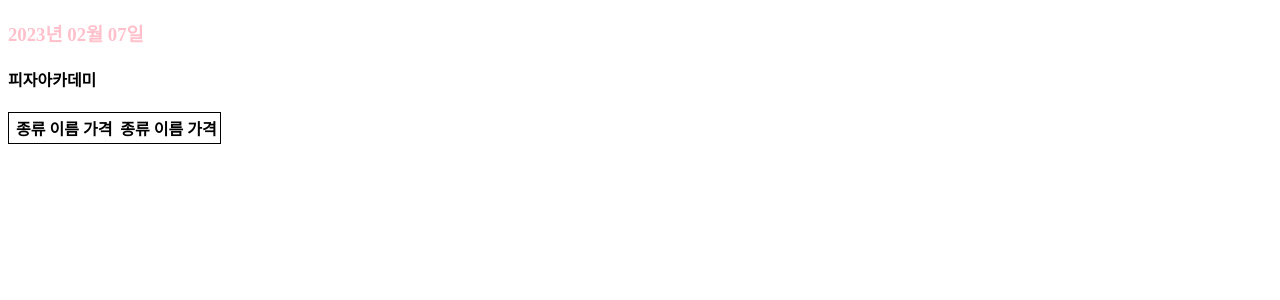
Repository: yejin0220/Web-workspace1
Page: http://localhost/2_JSP/views/04_PizzaOrderForm.jsp
The author's editor kept a copy of each file at every save. The page is drawn from the files as they stood at one save, then again after the next save.
The browser window is 1280 px wide. The pictures show the whole page.
The page is served by Tomcat 9.

Above is the page before, as saved 2023-02-09 00:46:03.

### 2_JSP/WebContent/views/04_PizzaOrderForm.jsp
<%@ page import="java.util.Date, java.text.SimpleDateFormat" %>
<%@ page language="java" contentType="text/html; charset=UTF-8"
    pageEncoding="UTF-8"%>
<!DOCTYPE html>
<html>
<head>
<meta charset="UTF-8">
<title>피자 주문 페이지</title>
<style>
	h3{color:pink;}
	table{border:1px solid black;}
</style>
</head>
<body>

	<%

		Date date = new Date();
		SimpleDateFormat sdf = new SimpleDateFormat("yyyy년 MM월 dd일");
		String today = sdf.format(date);

	%>

	<h3><%= today %></h3>

	<h4>피자아카데미</h4>

	<table>
		<td>
			<th>종류</th>
			<th>이름</th>
			<th>가격</th>
			<th></th>
			<th>종류</th>
			<th>이름</th>
			<th>가격</th>



		</td>



	</table>








</body>
</html>

After the next save:
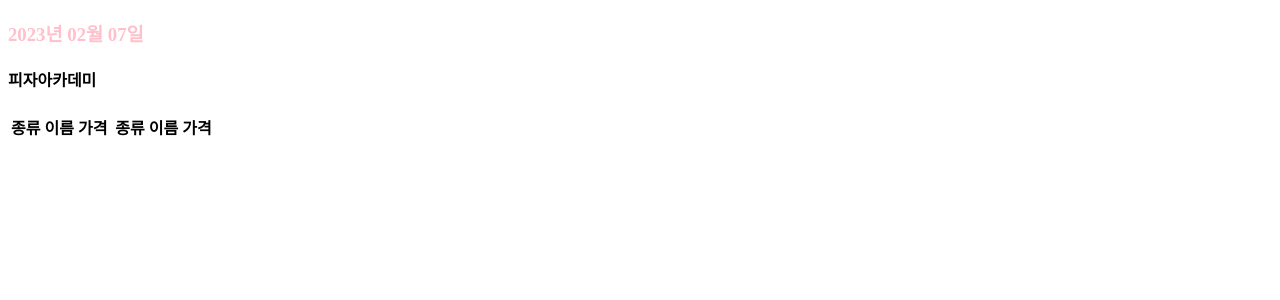
Saved 31 s later.
--- a/2_JSP/WebContent/views/04_PizzaOrderForm.jsp
+++ b/2_JSP/WebContent/views/04_PizzaOrderForm.jsp
@@ -8,7 +8,6 @@
 <title>피자 주문 페이지</title>
 <style>
 	h3{color:pink;}
-	table{border:1px solid black;}
 </style>
 </head>
 <body>
@@ -25,8 +24,8 @@
 
 	<h4>피자아카데미</h4>
 
-	<table>
-		<td>
+	<table style="border:1">
+		<tr>
 			<th>종류</th>
 			<th>이름</th>
 			<th>가격</th>
@@ -34,10 +33,7 @@
 			<th>종류</th>
 			<th>이름</th>
 			<th>가격</th>
-
-
-
-		</td>
+		</tr>
 
 
 
